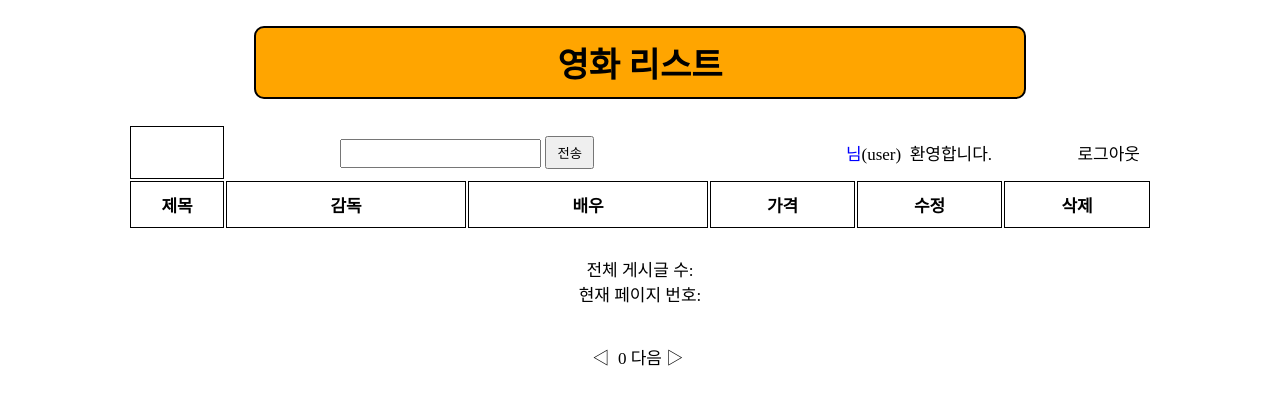
Repository: EverythingOfC/movie
Page: http://localhost/movie/movie/list.jsp
An editor plug-in stored every save of this project. The page is shown before and after the next save, followed by the edit.
The browser window is 1280 px wide. The pictures show the whole page.
The page is served by Tomcat 9. Nobody is signed in. The application's start-up code is not run. The template is opened directly, without the code that normally fills it, so the values that code supplies are empty.

Above is the page before, as saved 2023-01-03 09:48:57.

After the next save:
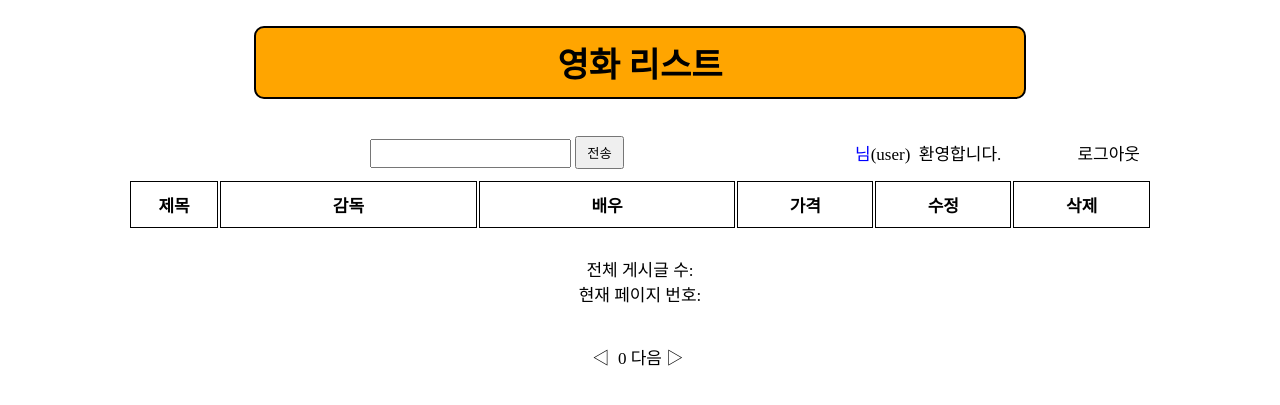
Saved 45 s later.
--- a/movie/src/main/webapp/movie/list.jsp
+++ b/movie/src/main/webapp/movie/list.jsp
@@ -18,9 +18,9 @@
 		<table>
 
 			<tr>
-				<td></td>
+				<td style="border:0;"></td>
 				<td colspan="2" style="border:0; text-align:center;">
-				<form action="ms" method="get">
+				<form action="ms" method="get">&emsp;&emsp;
 					<input type="text" name="search" style="padding:5px 10px;">
 					<input type="submit" value="전송" style="padding:5px 10px;">
 				</form>
